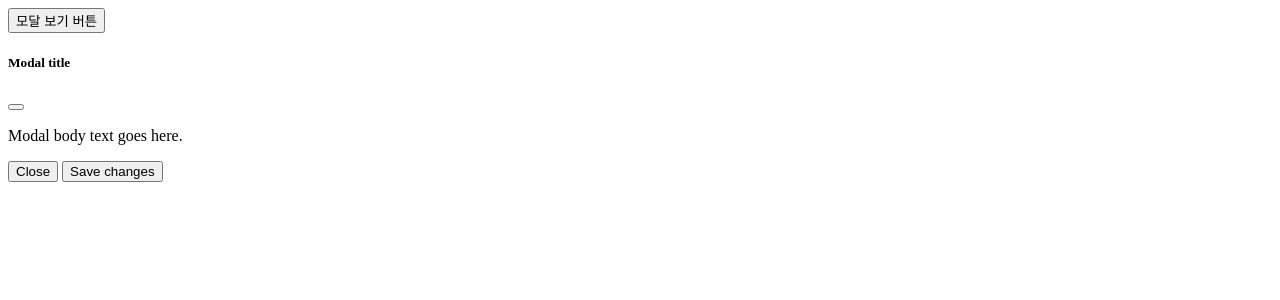
Repository: yeonddu/green_js
Page: pro01/testys/drop-down.html
These files come from the project's save history. The page is drawn as it stood at one moment and after the next save; the edit follows.
The browser window is 1280 px wide. The pictures show the whole page.

Above is the page before, as saved 2022-12-23 06:13:23.

### pro01/testys/drop-down.html
<!DOCTYPE html>
<html>
<head>
<meta charset="EUC-KR">
<title>Insert title here</title>
</head>
<body>
<button type="button" class="btn btn-primary btn-lg" data-toggle="modal" data-target="#myModal">
	모달 보기 버튼
</button>
<div class="modal" tabindex="-1">
  <div class="modal-dialog">
    <div class="modal-content">
      <div class="modal-header">
        <h5 class="modal-title">Modal title</h5>
        <button type="button" class="btn-close" data-bs-dismiss="modal" aria-label="Close"></button>
      </div>
      <div class="modal-body">
        <p>Modal body text goes here.</p>
      </div>
      <div class="modal-footer">
        <button type="button" class="btn btn-secondary" data-bs-dismiss="modal">Close</button>
        <button type="button" class="btn btn-primary">Save changes</button>
      </div>
    </div>
  </div>
</div>
</body>
</html>

After the next save:
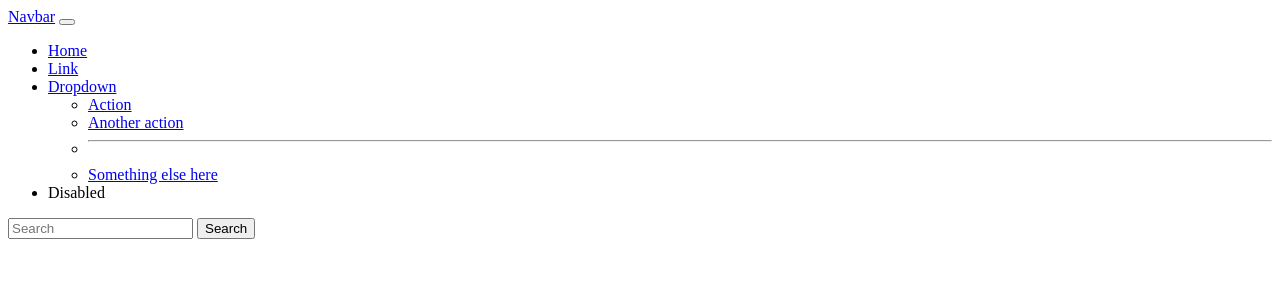
Saved 85 s later.
--- a/pro01/testys/drop-down.html
+++ b/pro01/testys/drop-down.html
@@ -5,25 +5,41 @@
 <title>Insert title here</title>
 </head>
 <body>
-<button type="button" class="btn btn-primary btn-lg" data-toggle="modal" data-target="#myModal">
-	모달 보기 버튼
-</button>
-<div class="modal" tabindex="-1">
-  <div class="modal-dialog">
-    <div class="modal-content">
-      <div class="modal-header">
-        <h5 class="modal-title">Modal title</h5>
-        <button type="button" class="btn-close" data-bs-dismiss="modal" aria-label="Close"></button>
-      </div>
-      <div class="modal-body">
-        <p>Modal body text goes here.</p>
-      </div>
-      <div class="modal-footer">
-        <button type="button" class="btn btn-secondary" data-bs-dismiss="modal">Close</button>
-        <button type="button" class="btn btn-primary">Save changes</button>
-      </div>
+<nav class="navbar navbar-expand-lg bg-light">
+  <div class="container-fluid">
+    <a class="navbar-brand" href="#">Navbar</a>
+    <button class="navbar-toggler" type="button" data-bs-toggle="collapse" data-bs-target="#navbarSupportedContent" aria-controls="navbarSupportedContent" aria-expanded="false" aria-label="Toggle navigation">
+      <span class="navbar-toggler-icon"></span>
+    </button>
+    <div class="collapse navbar-collapse" id="navbarSupportedContent">
+      <ul class="navbar-nav me-auto mb-2 mb-lg-0">
+        <li class="nav-item">
+          <a class="nav-link active" aria-current="page" href="#">Home</a>
+        </li>
+        <li class="nav-item">
+          <a class="nav-link" href="#">Link</a>
+        </li>
+        <li class="nav-item dropdown">
+          <a class="nav-link dropdown-toggle" href="#" role="button" data-bs-toggle="dropdown" aria-expanded="false">
+            Dropdown
+          </a>
+          <ul class="dropdown-menu">
+            <li><a class="dropdown-item" href="#">Action</a></li>
+            <li><a class="dropdown-item" href="#">Another action</a></li>
+            <li><hr class="dropdown-divider"></li>
+            <li><a class="dropdown-item" href="#">Something else here</a></li>
+          </ul>
+        </li>
+        <li class="nav-item">
+          <a class="nav-link disabled">Disabled</a>
+        </li>
+      </ul>
+      <form class="d-flex" role="search">
+        <input class="form-control me-2" type="search" placeholder="Search" aria-label="Search">
+        <button class="btn btn-outline-success" type="submit">Search</button>
+      </form>
     </div>
   </div>
-</div>
+</nav>
 </body>
 </html>
